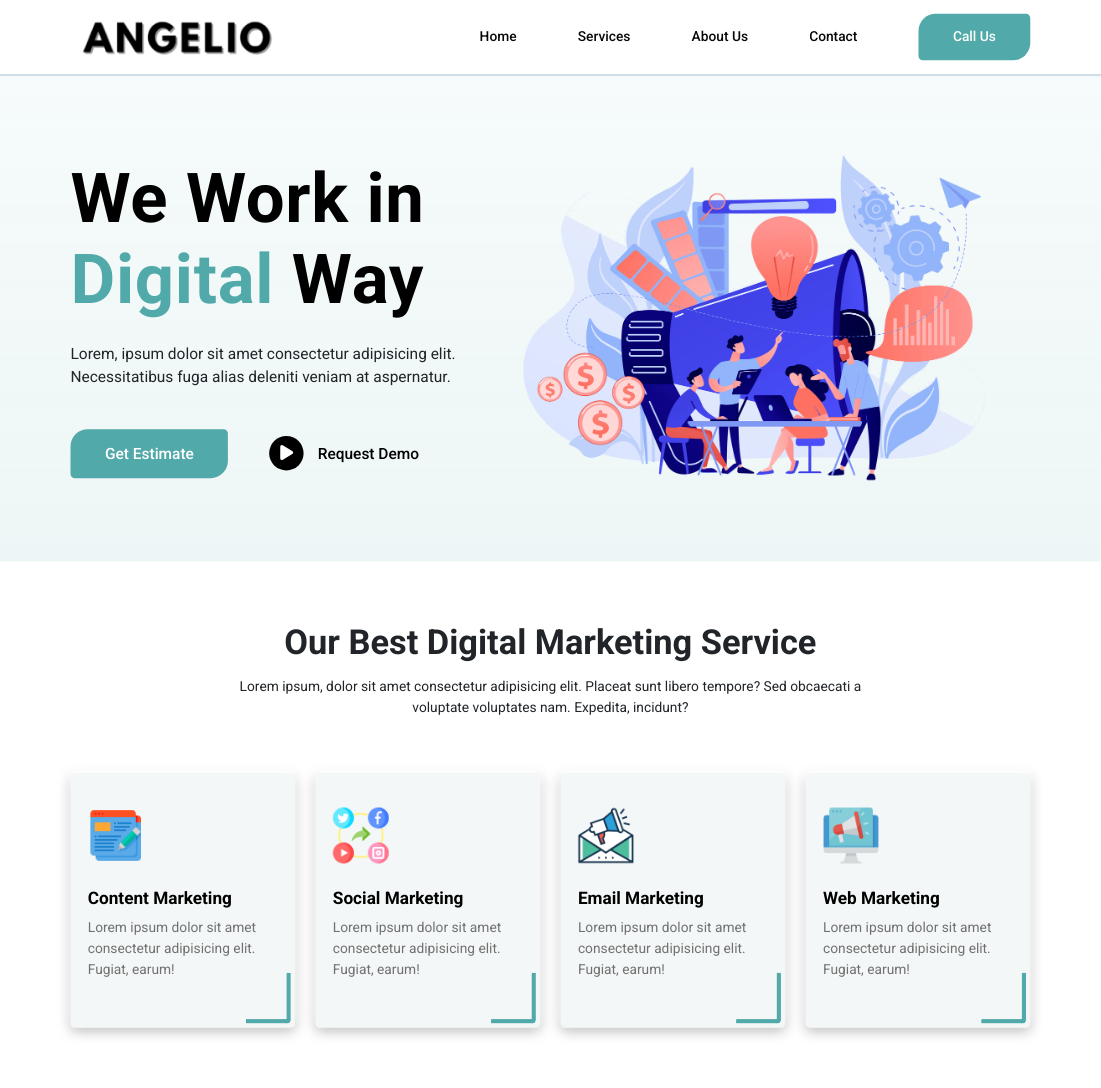
Repository: nazmulalok/landing-page-angelio
Page: index.html
These files come from the project's save history. The page is drawn as it stood at one moment and after the next save; the edit follows.
The browser window is 1280 px wide. The pictures show the whole page, at 86% of full size.

Above is the page before, as saved 2022-09-11 18:01:45.

After the next save:
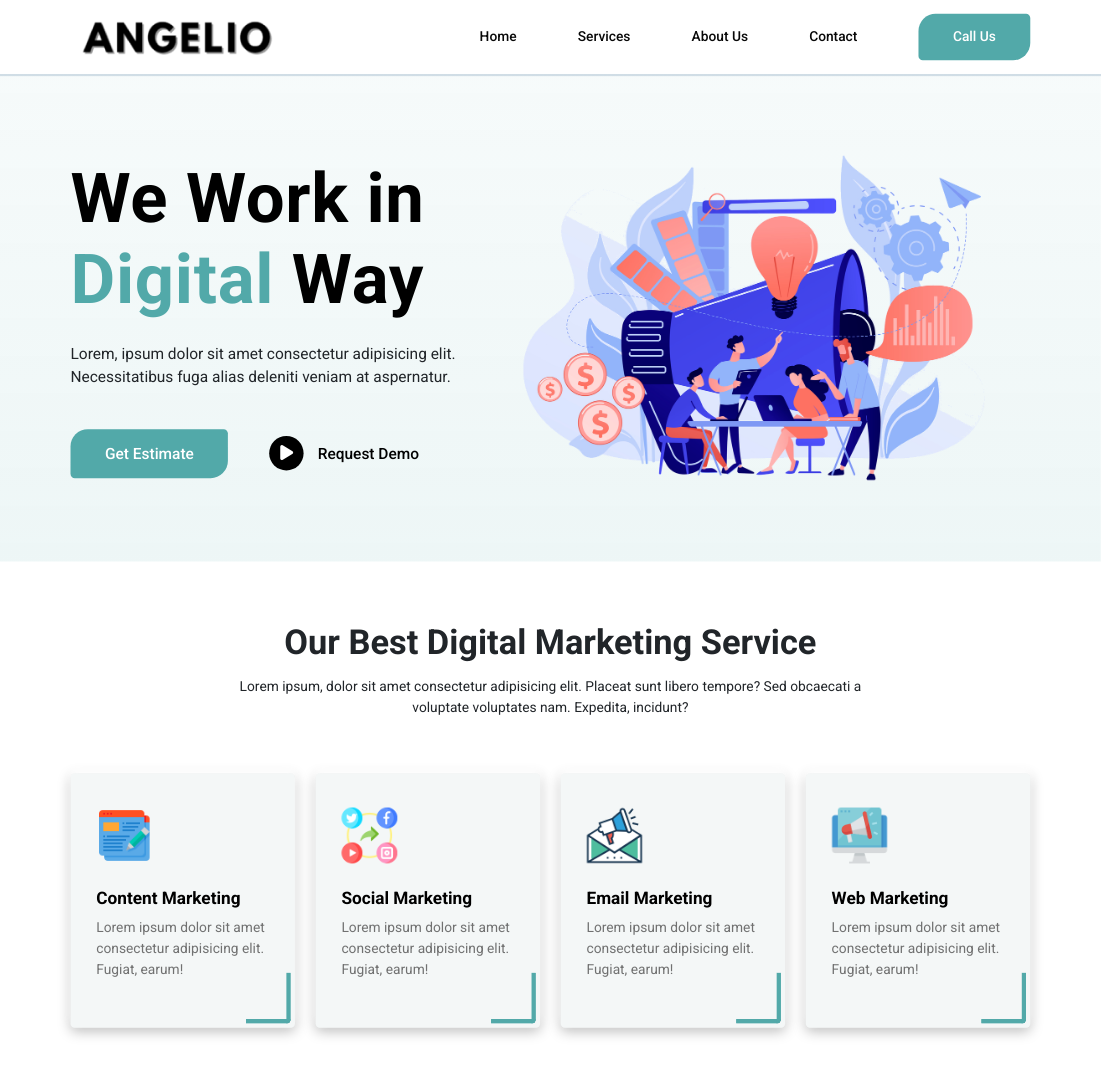
Saved 4 min 26 s later.
--- a/style.css
+++ b/style.css
@@ -180,24 +180,12 @@ h6 {
 .service-box {
     position: relative;
     background: rgb(197 214 214 / 20%);
-    padding: 40px 20px;
+    padding: 40px 30px;
     box-shadow: 0px -6px 10px white, 0px 4px 15px rgb(0 0 0 / 27%);
     border-radius: 5px;
 }
 
 .service-box:before {
-    position: absolute;
-    content: "";
-    height: 20%;
-    width: 20%;
-    bottom: 5px;
-    right: 5px;
-    border-bottom-right-radius: 5px;
-    border-bottom: 3px solid #52a9a9;
-    border-right: 3px solid #52a9a9;
-}
-
-.service-box:after {
     position: absolute;
     content: "";
     height: 20%;
@@ -209,6 +197,18 @@ h6 {
     border-right: 5px solid #52a9a9;
 }
 
+.service-box:after {
+    position: absolute;
+    content: "";
+    height: 20%;
+    width: 20%;
+    bottom: 5px;
+    right: 5px;
+    border-bottom-right-radius: 5px;
+    border-bottom: 5px solid #52a9a9;
+    border-right: 5px solid #52a9a9;
+}
+
 .service-box .service-icon {
     width: 80px;
     height: 80px;
